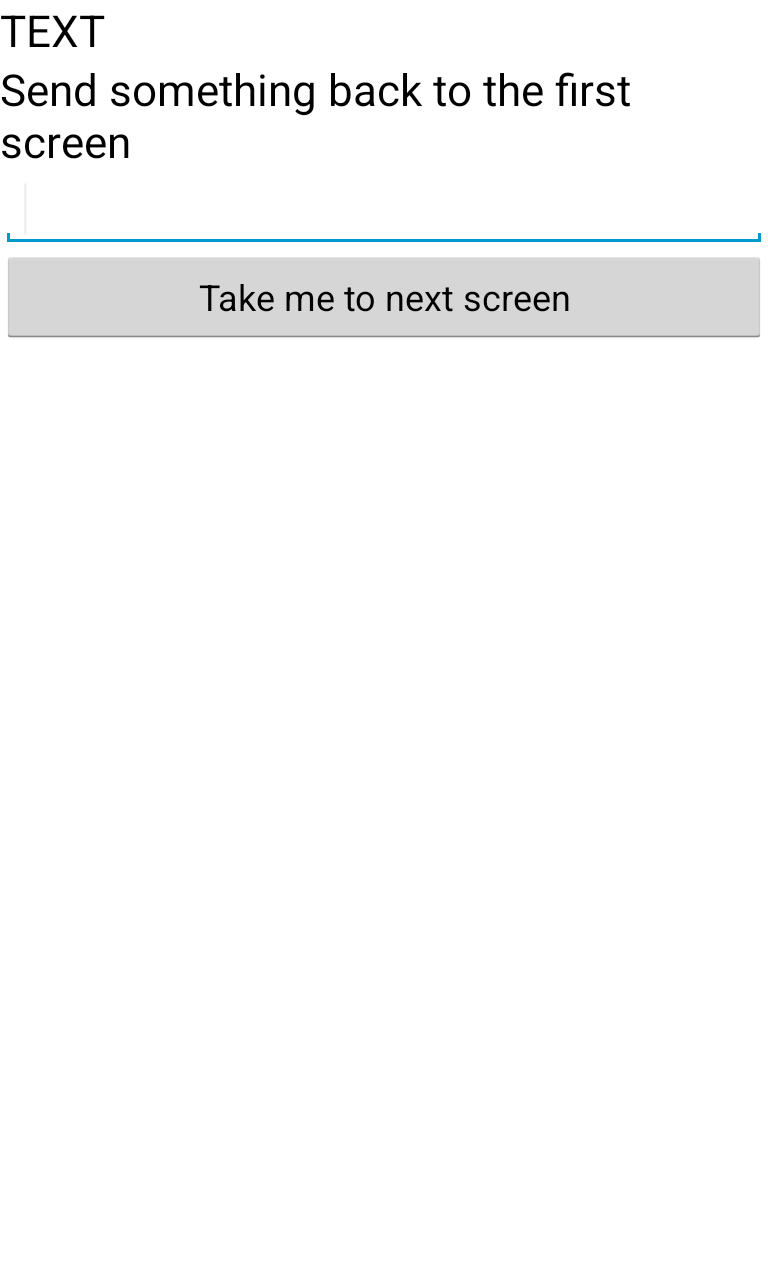
Repository: fsoDannis/FSO_JAVAII
Layout: JavaII_Week1/res/layout/activity_subscreen.xml
An editor plug-in stored every save of this project. The layout is shown before and after the next save, followed by the edit.
It is drawn on a 768 x 1280 px phone screen (xhdpi) without system bars, with theme AppTheme; the app's code is not run.

Above is the layout before, as saved 2013-05-09 01:37:30.

After the next save:
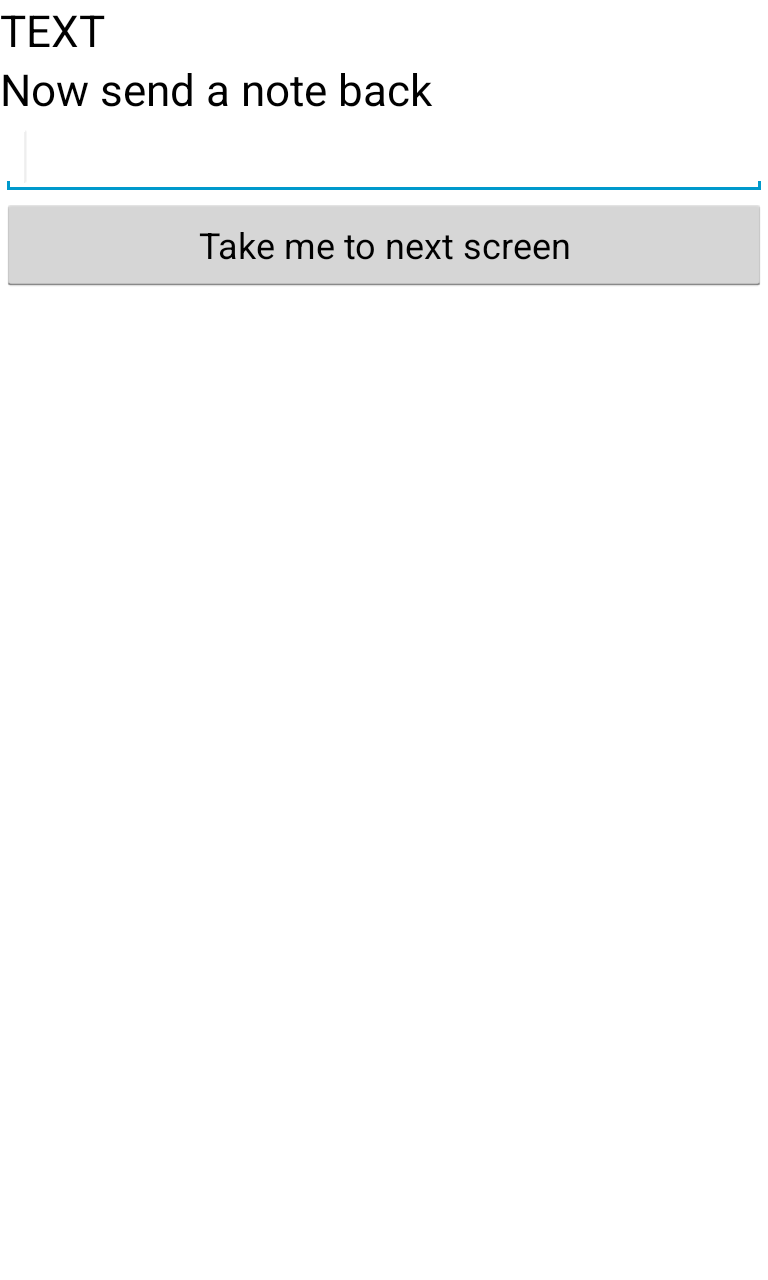
Saved 73 s later.
--- a/JavaII_Week1/res/layout/activity_subscreen.xml
+++ b/JavaII_Week1/res/layout/activity_subscreen.xml
@@ -14,7 +14,7 @@
         android:layout_width="match_parent"
         android:layout_height="wrap_content"
         android:textAppearance="?android:attr/textAppearanceLarge"
-        android:text="Send something back to the first screen"/>
+        android:text="Now send a note back"/>
     <EditText
         android:id="@+id/editText1"
         android:layout_width="match_parent"
